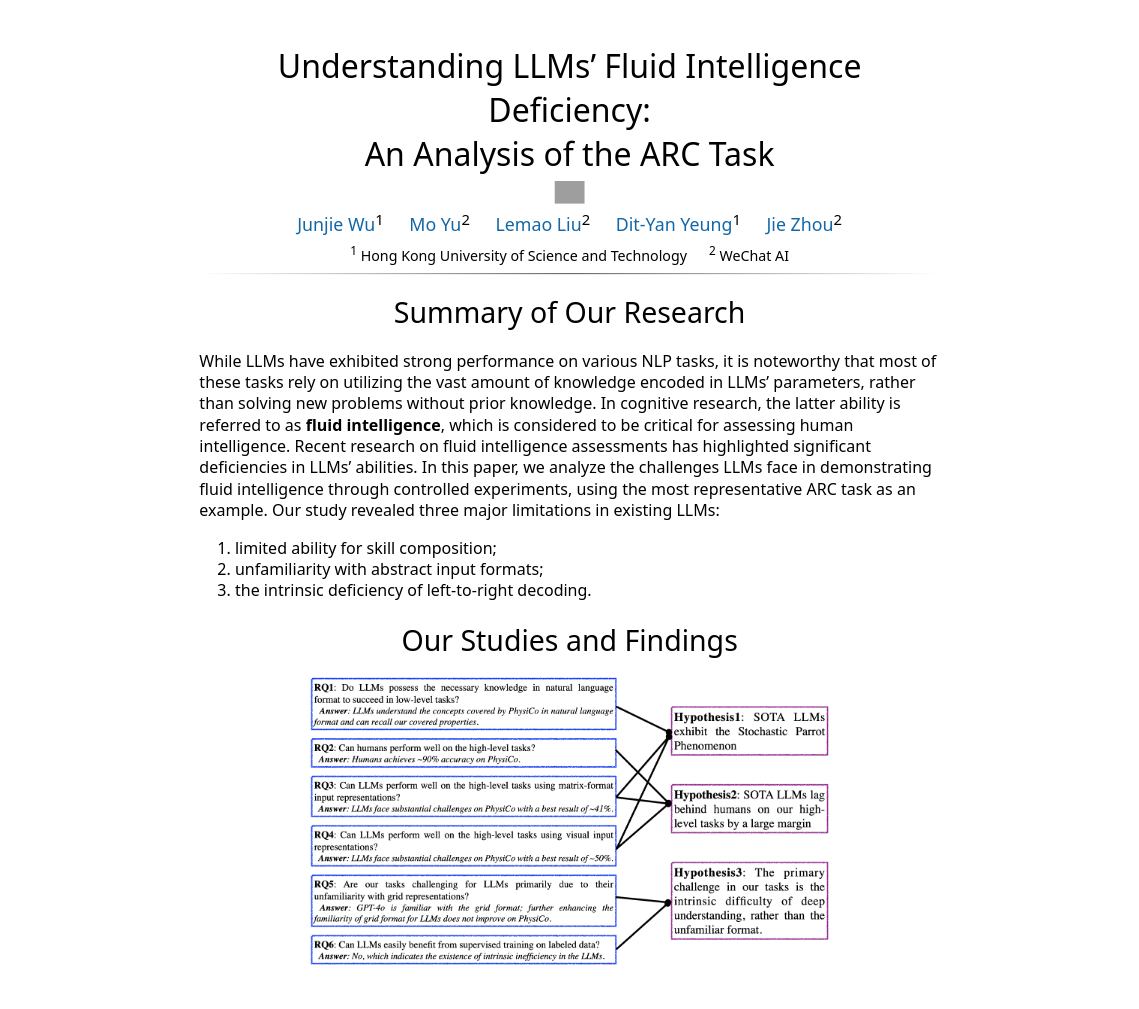
Repository: wujunjie1998/araoc-benchmark.github.io
Page: index.html
These files come from the project's save history. The page is drawn as it stood at one moment and after the next save; the edit follows.
The browser window is 1280 px wide. The pictures show the whole page, at 89% of full size.
Pictures or frames that could not be fetched are drawn as grey boxes.

Above is the page before, as saved 2025-02-07 22:10:55.

After the next save:
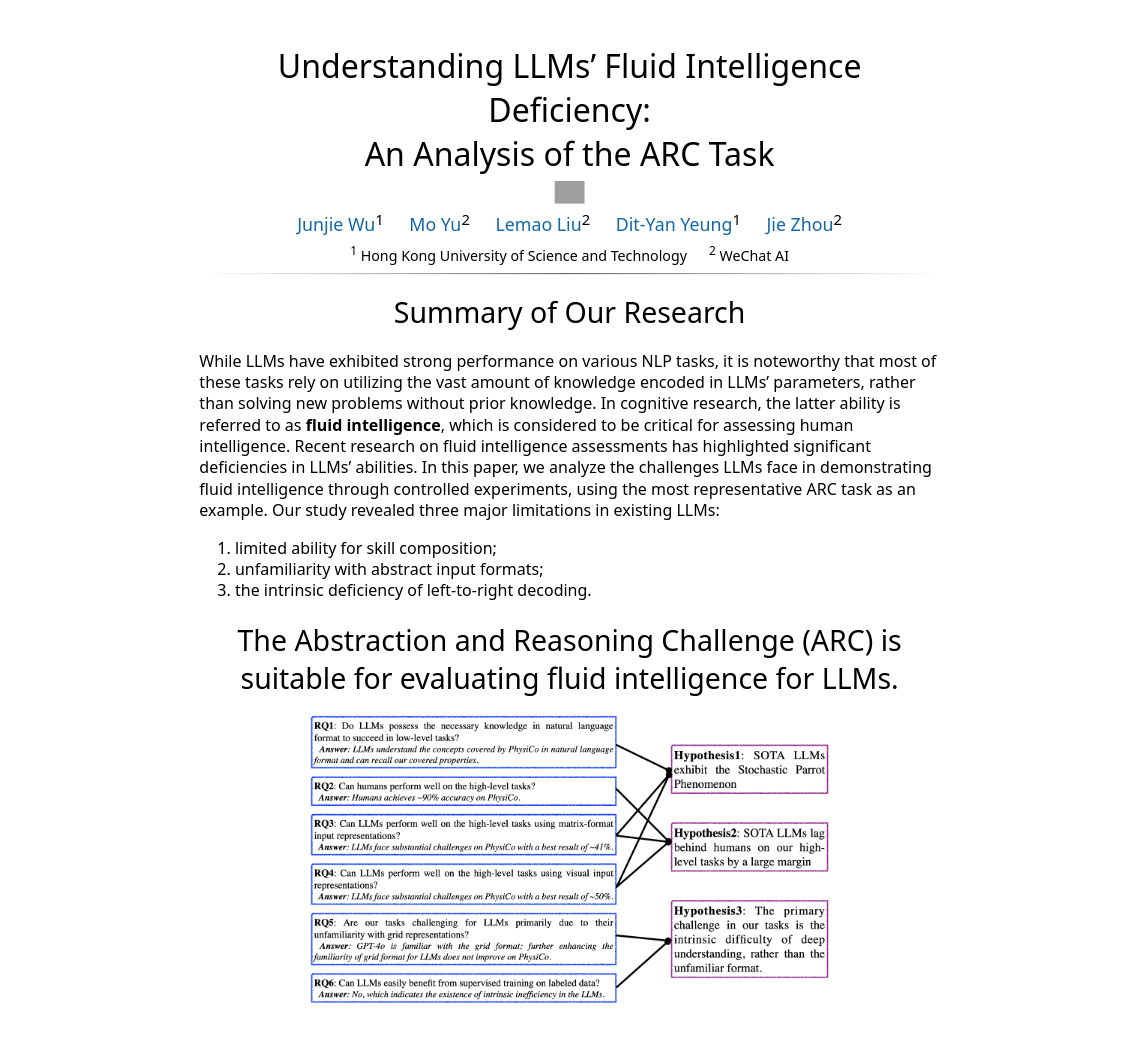
Saved 53 s later.
--- a/index.html
+++ b/index.html
@@ -245,7 +245,7 @@
     </div>
   -->
     <!-- ^ Our Studies and Findings -->
-    <center><h1>Our Studies and Findings</h1></center>
+    <center><h1>The Abstraction and Reasoning Challenge (ARC) is suitable for evaluating fluid intelligence for LLMs.</h1></center>
     <div class="content">
       <!-- <p>Foo Bar</p> -->
       <center>
